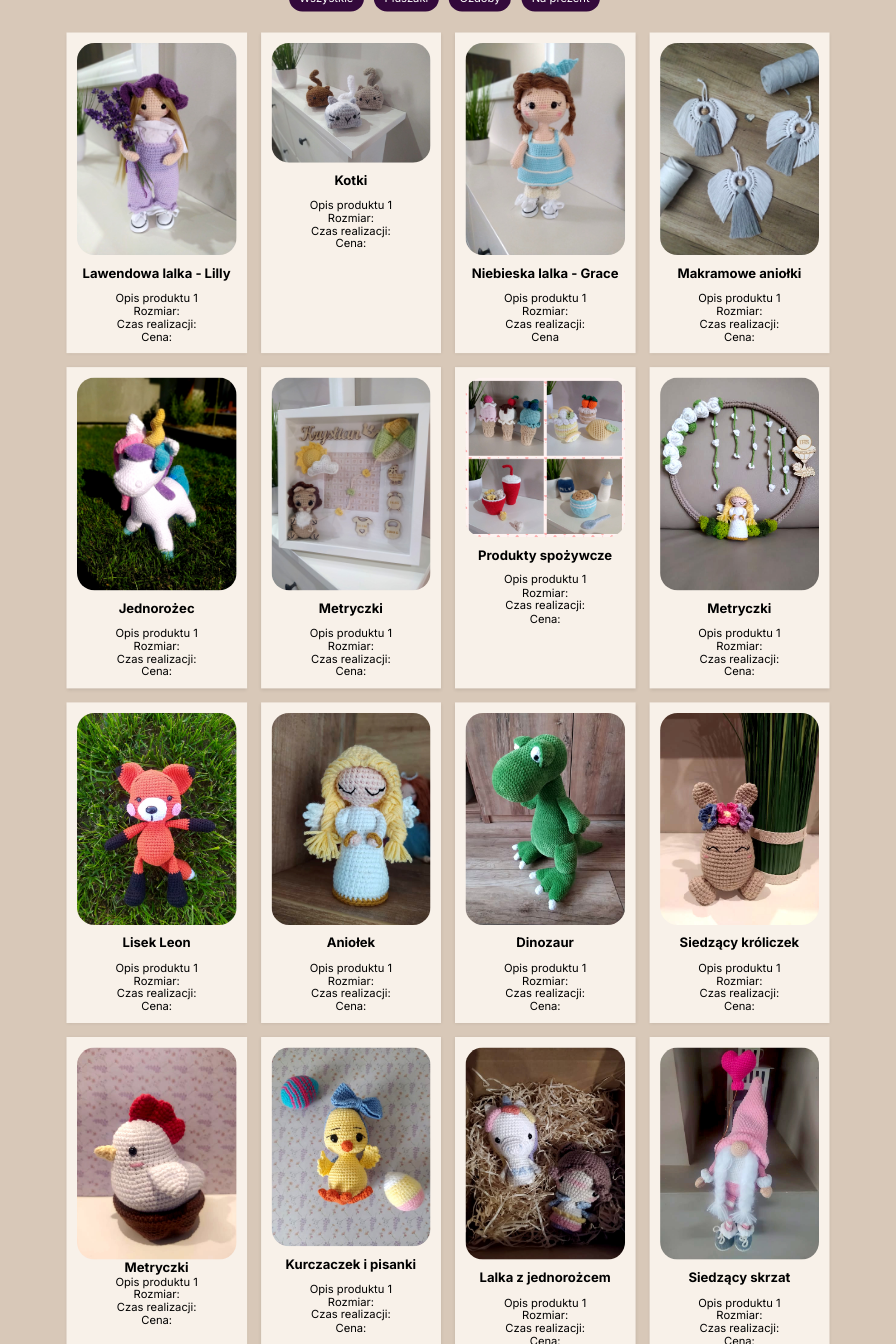
Repository: KlaudiaK0205/Craftoszet
Page: index.html
These files come from the project's save history. The page is drawn as it stood at one moment and after a run of saves; the edit follows.
The browser window is 1280 px wide. The pictures show the part of the page from y = 2548 to 4468 px (the page is 6301 px tall), at 70% of full size.
Some web libraries are served in a nearby version. The style sheet was rebuilt from its Sass, Less or Tailwind sources for each picture, by a compiler version that may differ from the author's.

Above is the page before, as saved 2024-10-06 15:14:30.

After the next 3 saves:
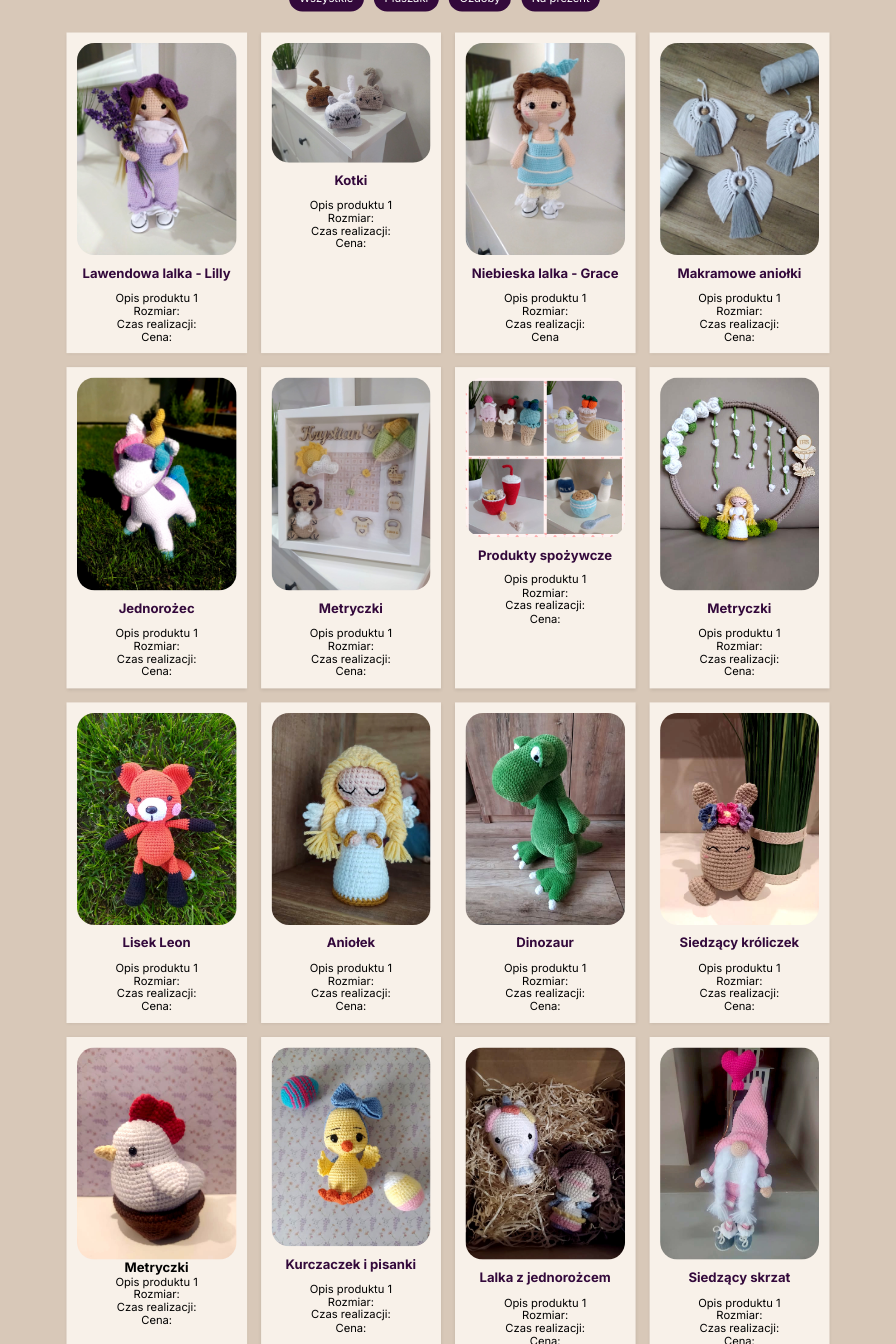
The 3 saves are shown as one change because they came seconds apart.
The last was saved 11 s later.
--- a/sass/layout/_myProducts.scss
+++ b/sass/layout/_myProducts.scss
@@ -52,6 +52,7 @@
 
 .productName {
     padding: 15px 0;
+    color: var(--brandColor);
 
 }
 .description {
